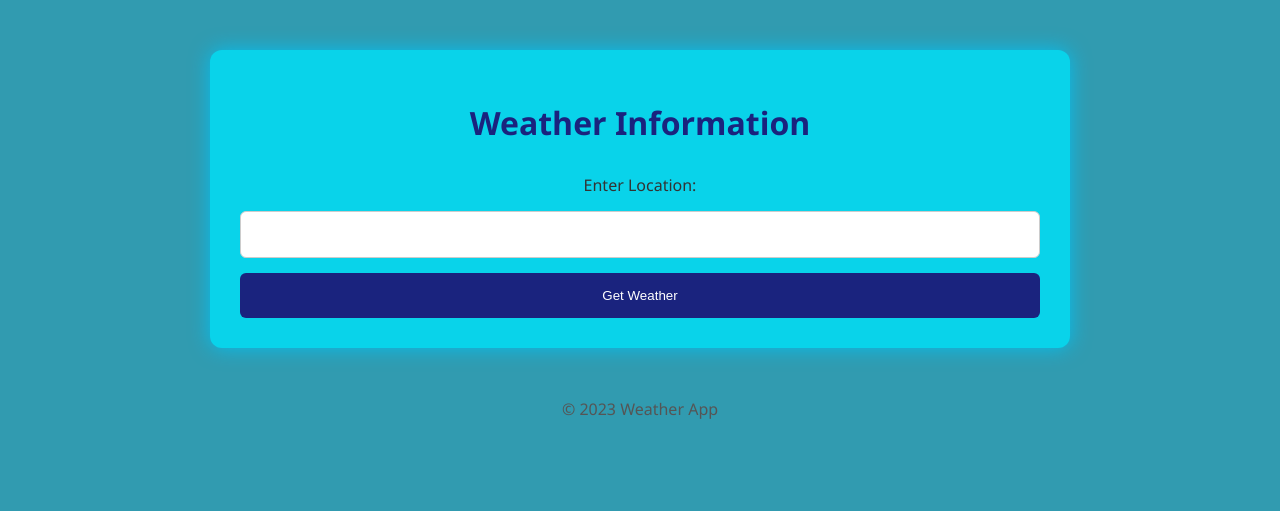
Repository: muke2110/weather
Page: http://localhost/
These files come from the project's save history. The page is drawn as it stood at one moment and after the next save; the edit follows.
The browser window is 1280 px wide. The pictures show the whole page.
The page is served by the project's Node server (app.js).

Above is the page before, as saved 2023-12-08 19:34:55.

### views/index.ejs
<!DOCTYPE html>
<html lang="en">
<head>
  <meta charset="UTF-8">
  <meta name="viewport" content="width=device-width, initial-scale=1.0">
  <title>Weather Information</title>
  <link rel="stylesheet" href="/styles.css">

</head>
<body>
  <div class="container">
    <h1>Weather Information</h1>

    <form action="/location" method="post">
      <label for="locationInput">Enter Location:</label>
      <input type="text" id="locationInput" name="location" required>
      <button type="submit">Get Weather</button>
    </form>

    <% if (error) { %>
      <p class="error-message">Error: <%= error %></p>
    <% } else if (location) { %>
      <div id="weatherResult">
        <img src= <%= png %>>
        <p>Location: <%= place.name %></p>
        <p>Temperature: <%= location.temp_c %>°C</p>
        <p>Condition: <%= location.condition.text %></p>
      </div>
    <% } %>
  </div>
  <footer>
    <!-- Your footer content goes here -->
    <p>&copy; 2023 Weather App</p>
  </footer>
</body>
<script>
  if (performance.navigation.type === 1) {
    // Redirect to the home page
    window.location.href = "/";
  }
</script>
</html>

### app.js
const axios = require('axios');
const express = require('express');
const app = express();
const port = 3000;

app.use(express.json());
app.use(express.urlencoded({ extended: true }));
// Add this line after app initialization
app.use(express.static('public'));


app.set('view engine', 'ejs');

app.get('/', (req, res) => {
  res.render('index', { error: null, location: null });
});

app.post('/location', async (req, res) => {
  const { location } = req.body;

  if (!location) {
    return res.render('index', { error: 'Location is required in the request body', location: null });
  }

  const apiUrl = `https://api.weatherapi.com/v1/current.json?key=c3961c028a3640cfad7132456230212&q=${location}&aqi=yes`;

  try {
    const response = await axios.get(apiUrl);
    const data = response.data;

    console.log(`Location : ${data.location.name}\nCondition : ${data.current.condition.text}\nTemperature : ${data.current.temp_c}`);
    // Render the EJS file with the weather information
    res.render('index', { error: null, location: data.current ,place: data.location, png:data.current.condition.icon});
  } catch (error) {
    console.error('Error fetching data:', error);
    res.render('index', { error: 'Internal Server Error', location: null });
  }
});

app.listen(port, () => {
  console.log(`Server is running on port ${port}`);
});

### public/styles.css
/* styles.css */

body {
    font-family: 'Segoe UI', Tahoma, Geneva, Verdana, sans-serif; /* Changed font-family */
    margin: 0;
    padding: 0;
    background-color: #319bb0; /* Light blue background */
}

.container {
    max-width: 800px; /* Increased max-width for a more spacious feel */
    margin: 50px auto;
    background-color: #09d3ea;
    padding: 30px;
    border-radius: 12px; /* Rounded corners */
    box-shadow: 0 0 20px rgb(5, 191, 238);
}

h1 {
    text-align: center;
    color: #1a237e; /* Dark blue color */
}

form {
    display: flex;
    flex-direction: column;
    align-items: center;
    margin-top: 30px; /* Increased margin-top for better spacing */
}

label {
    margin-bottom: 15px; /* Increased margin for better spacing */
    color: #333;
}

input {
    padding: 15px;
    margin-bottom: 15px;
    width: 100%;
    box-sizing: border-box;
    border: 1px solid #ccc; /* Added a subtle border */
    border-radius: 6px; /* Rounded input corners */
}

button {
    padding: 15px;
    background-color: #1a237e; /* Dark blue button color */
    color: #fff;
    border: none;
    cursor: pointer;
    transition: background-color 0.3s;
    width: 100%;
    box-sizing: border-box;
    border-radius: 6px; /* Rounded button corners */
}

button:hover {
    background-color: #0d47a1; /* Darker blue on hover */
}

#weatherResult {
    margin-top: 30px;
    padding: 30px;
    border: 1px solid #ccc;
    border-radius: 12px;
    background-color: #1cb6cdc1; /* Lighter blue background */
}

footer {
    text-align: center;
    margin-top: 30px;
    color: #555; /* Dark gray text color */
}

After the next save:
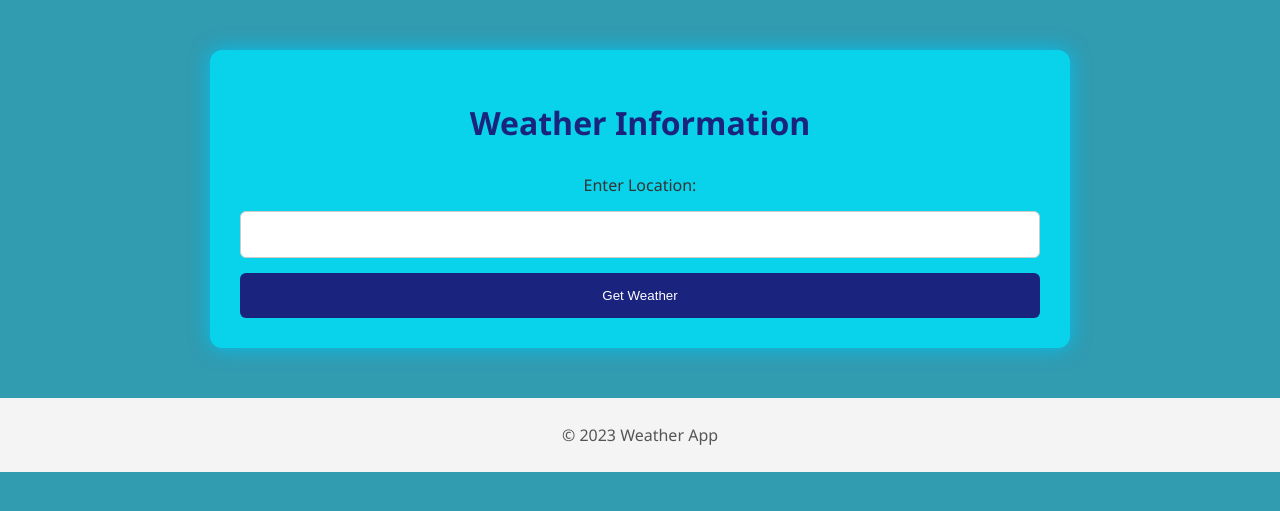
Saved 63 s later.
--- a/public/styles.css
+++ b/public/styles.css
@@ -68,6 +68,8 @@ button:hover {
 
 footer {
     text-align: center;
-    margin-top: 30px;
-    color: #555; /* Dark gray text color */
+    padding: 10px;
+    color: #555;
+    background-color: #f4f4f4; /* Add background color to the footer */
+    margin-top: auto; /* Push the footer to the bottom */
 }
